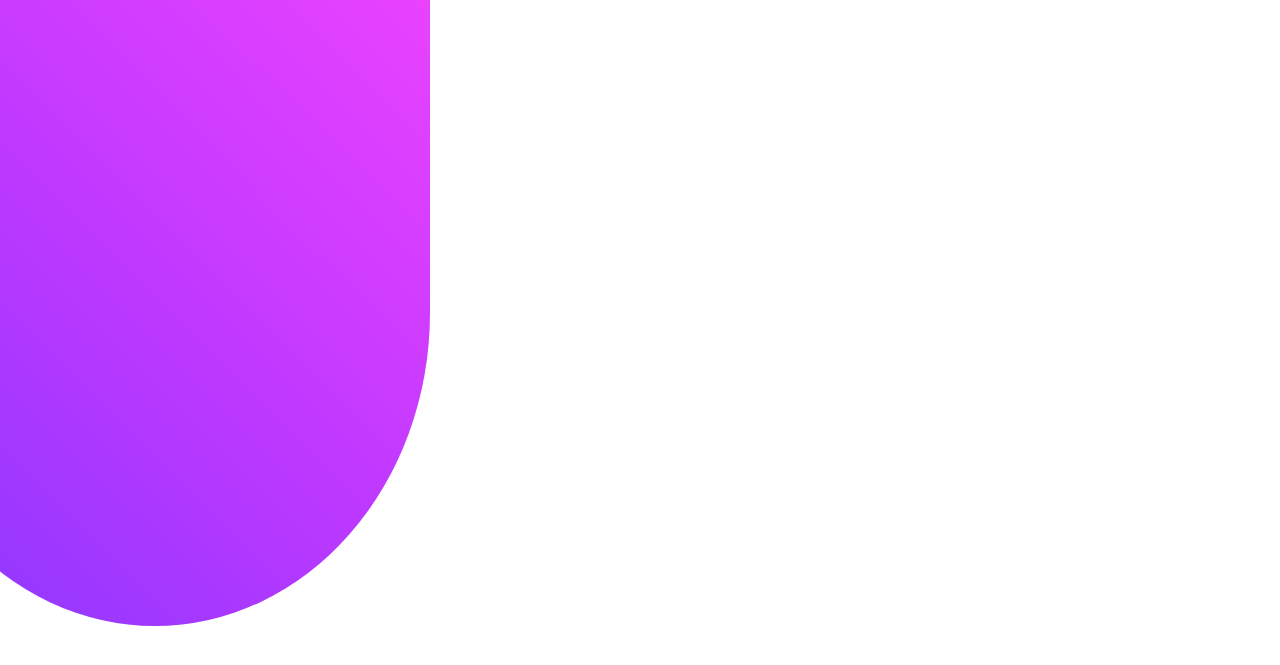
Repository: KamoliddinGIT/chat-app-css-illustration
Page: index.html
The author's editor kept a copy of each file at every save. The page is drawn from the files as they stood at one save, then again after the next save.
The browser window is 1280 px wide. The pictures show the whole page.

Above is the page before, as saved 2023-09-25 16:20:08.

After the next save:
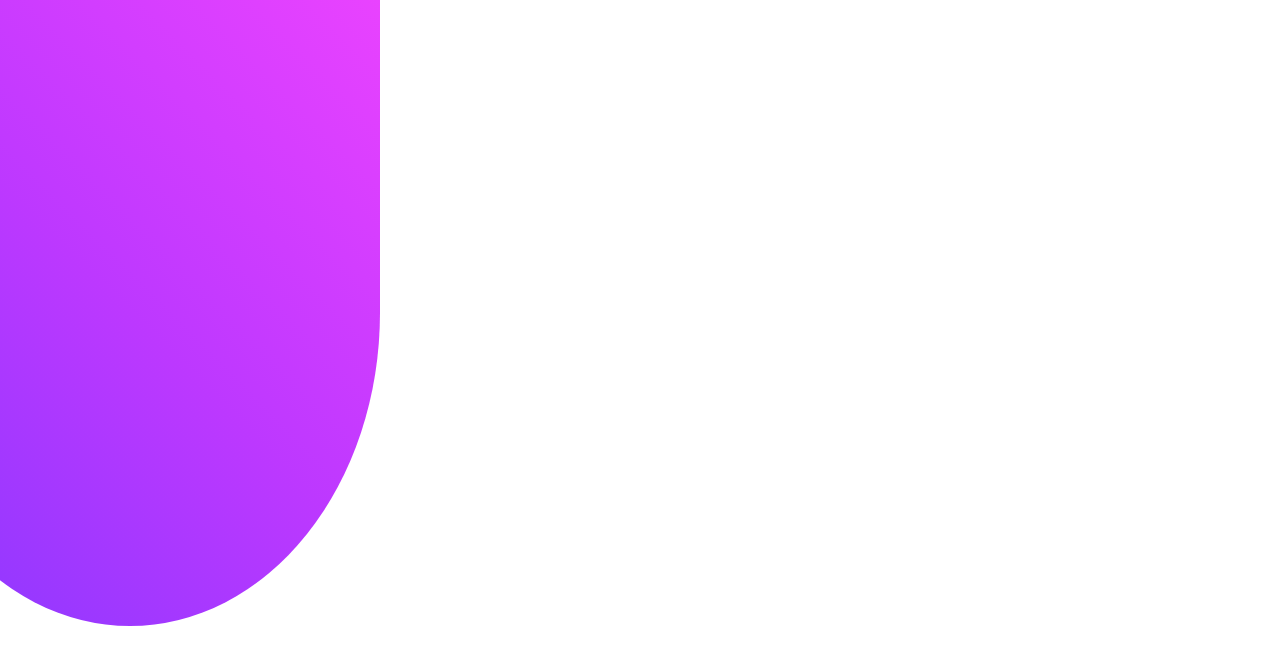
Saved 6 s later.
--- a/css/style.css
+++ b/css/style.css
@@ -14,7 +14,7 @@
 }
 
 .bg {
-  width: 550px;
+  width: 500px;
   height: 87%;
   left: -120px;
   top: 0;
